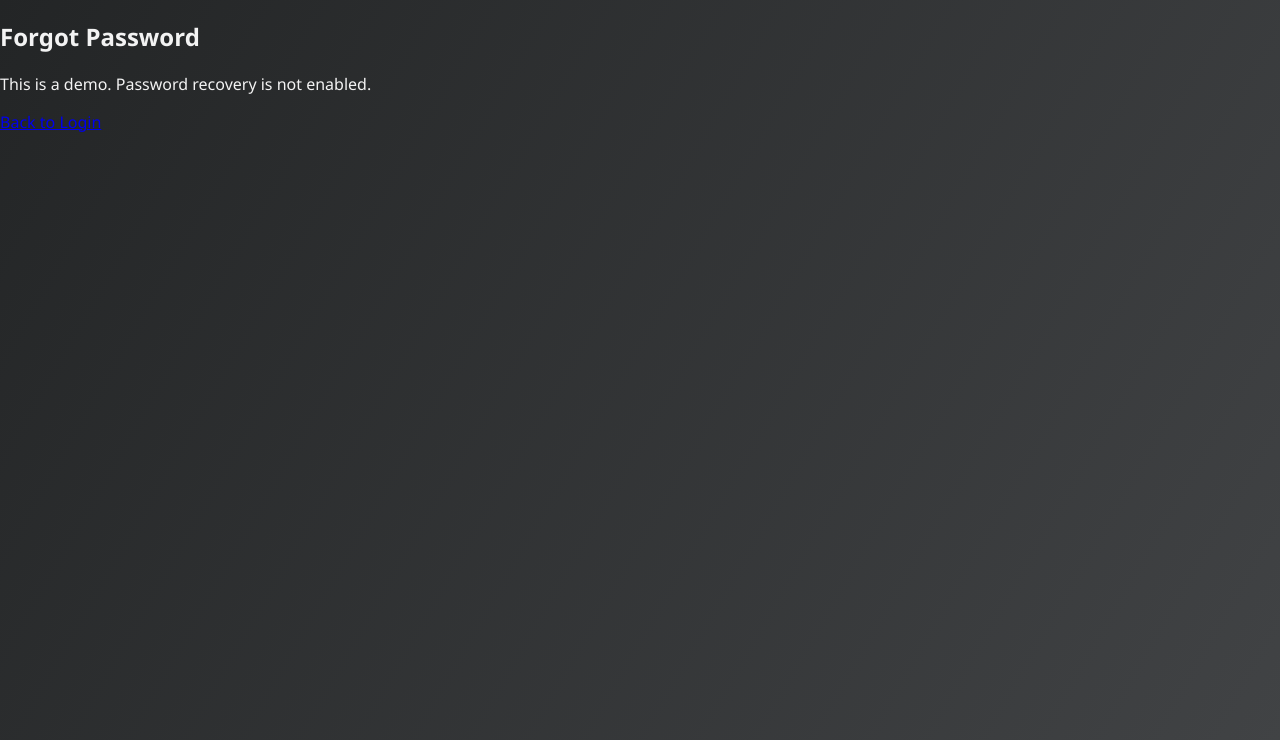
Repository: lowluds/auth-flask
Page: http://localhost/forgot
The author's editor kept a copy of each file at every save. The page is drawn from the files as they stood at one save, then again after the next save.
The browser window is 1280 px wide. The pictures show the whole page.
The page is served by the project's application, run on Flask 3 (login.py).

Above is the page before, as saved 2025-07-10 20:07:38.

After the next save:
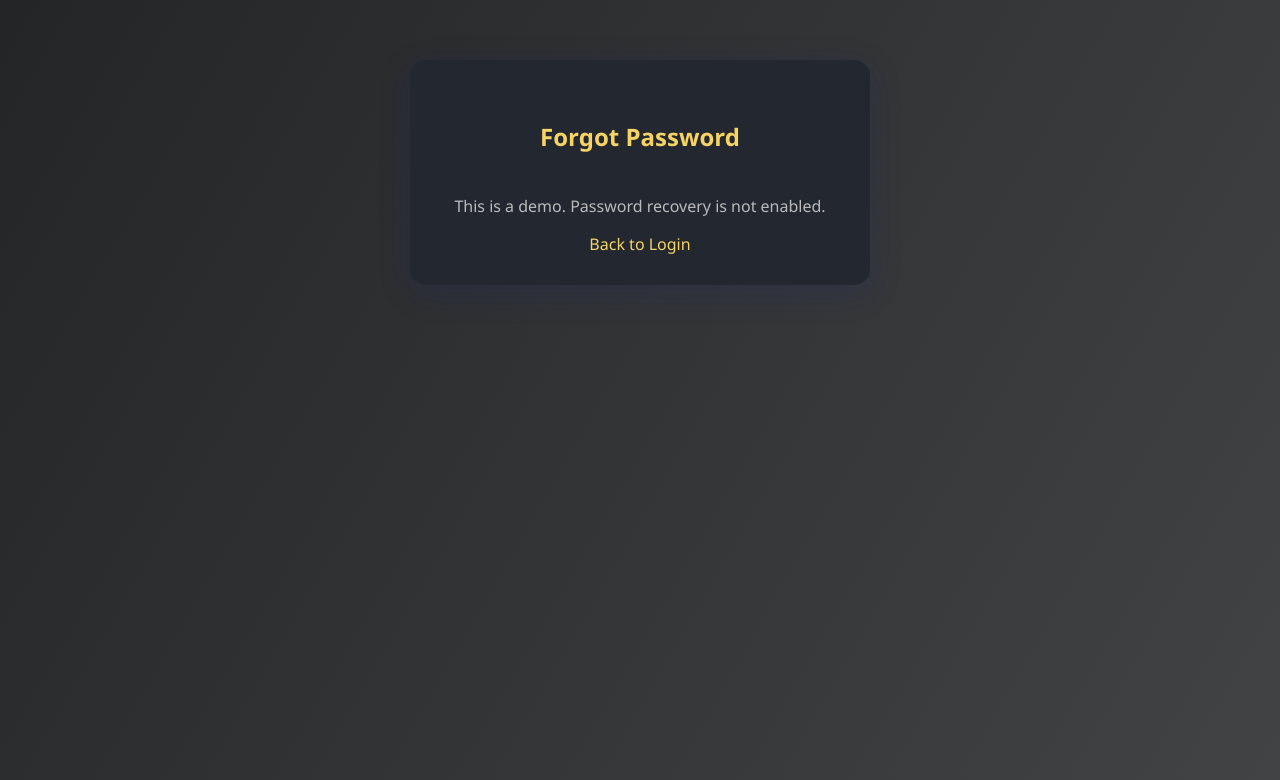
Saved 2 min 27 s later.
--- a/templates/forgot.html
+++ b/templates/forgot.html
@@ -8,8 +8,10 @@
     <link rel="stylesheet" href="{{ url_for('static', filename='error.css') }}">
 </head>
 <body>
-  <h2>Forgot Password</h2>
-  <p>This is a demo. Password recovery is not enabled.</p>
-  <a href="{{ url_for('login') }}">Back to Login</a>
+    <div class="login-container">
+        <h2>Forgot Password</h2>
+        <p>This is a demo. Password recovery is not enabled.</p>
+        <a href="{{ url_for('login') }}">Back to Login</a>
+    </div>
 </body>
 </html>
